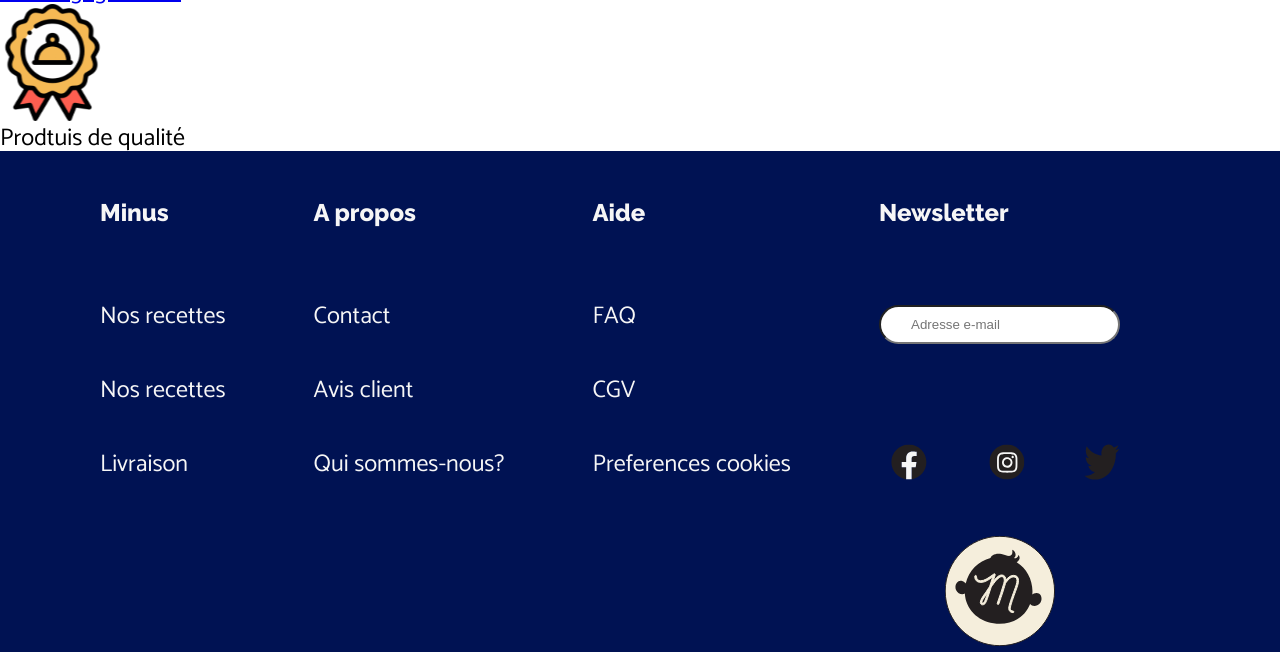
Repository: minus-team7/minus_team7
Page: minus_homepage.html
The author's editor kept a copy of each file at every save. The page is drawn from the files as they stood at one save, then again after the next save.
The browser window is 1280 px wide. The pictures show the part of the page from y = 326 to 1002 px (the page is 978 px tall before and 1002 px after).
A picture or video elsewhere on the page could not be fetched, so the positions and the page height are approximate.

Above is the page before, as saved 2023-02-12 22:10:02.

### minus_homepage.html
<!DOCTYPE html>
<html lang="en">
<head>
    <meta charset="UTF-8">
    <meta http-equiv="X-UA-Compatible" content="IE=edge">
    <meta name="viewport" content="width=device-width, initial-scale=1.0">
    <link rel="preconnect" href="https://fonts.googleapis.com">
    <link rel="preconnect" href="https://fonts.gstatic.com" crossorigin>
    <link href="https://fonts.googleapis.com/css2?family=Catamaran:wght@100;200;300;400;500;700&family=Raleway:ital,wght@0,100;0,400;0,600;0,800;1,100&display=swap" rel="stylesheet">
    <link rel="stylesheet" href="reset.css">
    <link rel="stylesheet" href="minus_homepage.css">
    <title>Document</title>

</head>
<body>

    <div class="box">
        <img src="/assets/homepage_boxminus.svg" alt="homepage_boxminus">
    </div>

    <div class="bouton">
        <a href="#">Nos engagements</a>
    </div>
    <section class="nos-engagements">
        <div class="engagement">
            <img src="/assets/engagement_icone_qualite_produits.svg" alt="engagement_icone_qualite_produits">
            <h2>Prodtuis de qualité</h2>
            <p></p>
        </div>






    </section>

    <!-- footer  -->
    <div class="footer">
        <ul>
            <li class="titre-footer">Minus</li>
            <li><a href="#"> Nos recettes</a></li>
            <li><a href="#"> Nos recettes</a></li>
            <li><a href="#"> Livraison</a></li>
        </ul>
        <ul>
            <li class="titre-footer">A propos</li>
            <li><a href="#"> Contact</a></li>
            <li><a href="#"> Avis client</a></li>
            <li><a href="#"> Qui sommes-nous?</a></li>
        </ul>
        <ul>
            <li class="titre-footer">Aide</li>
            <li><a href="#"> FAQ</a></li>
            <li><a href="#"> CGV</a></li>
            <li><a href="#"> Preferences cookies</a></li>
        </ul>
        <ul>
            <li class="titre-footer">Newsletter</li>
            <li>
                <input class="newsletter" type="text" placeholder="Adresse e-mail">
            </li>
            <li>
                <ul class="reseaux-sociaux">
                    <li><a href="#"><img src="/assets/logo_facebook.svg" alt="fb"></a></li>
                    <li><a href="#"><img src="/assets/logo_instagram.svg" alt="insta"></a></li>
                    <li><a href="#"><img src="/assets/logo_twitter.svg" alt="twitter"></a></li>
                </ul>
            </li>
            <li class="logo-minus-footer"><a href="#"> <img src="/assets/Logo_minus_rondtête.svg" alt="logo-minus-footer"></a></li>

        </ul>


    </div>
</body>
</html>

### minus_homepage.css
/* footerr */
body{
    font-family: 'catamaran',sans-serif;
    font-size: 24px;


}

.footer{

    display: flex;
    flex-direction: row;
    justify-content: space-between;
    background-color:  #001253;
    color: #f6f6f6;
    padding: 0 100px;
    flex-wrap: wrap;
}

.footer ul{
    list-style-type: none;
    margin-right: 60px;

}

.footer ul li{
    margin-top: 50px;
}
.footer a{
    text-decoration: none;
    color: #f6f6f6;
}
.footer a:hover{
    text-decoration:underline;
    color: #E14D2A;
}
.titre-footer{
    font-weight: bold;
    margin-bottom: 80px;
    font-family: 'raleway',sans-serif;

}
.newsletter{
    padding: 10px 30px;
    border-radius: 20px
}
.reseaux-sociaux{
    width: 100%;
    display: flex;
    flex-direction: row;
    justify-content: space-between;
}
.logo-minus-footer{
    display: flex;
    justify-content: center;
}

Loaded but not shown: reset.css (common file)

After the next save:
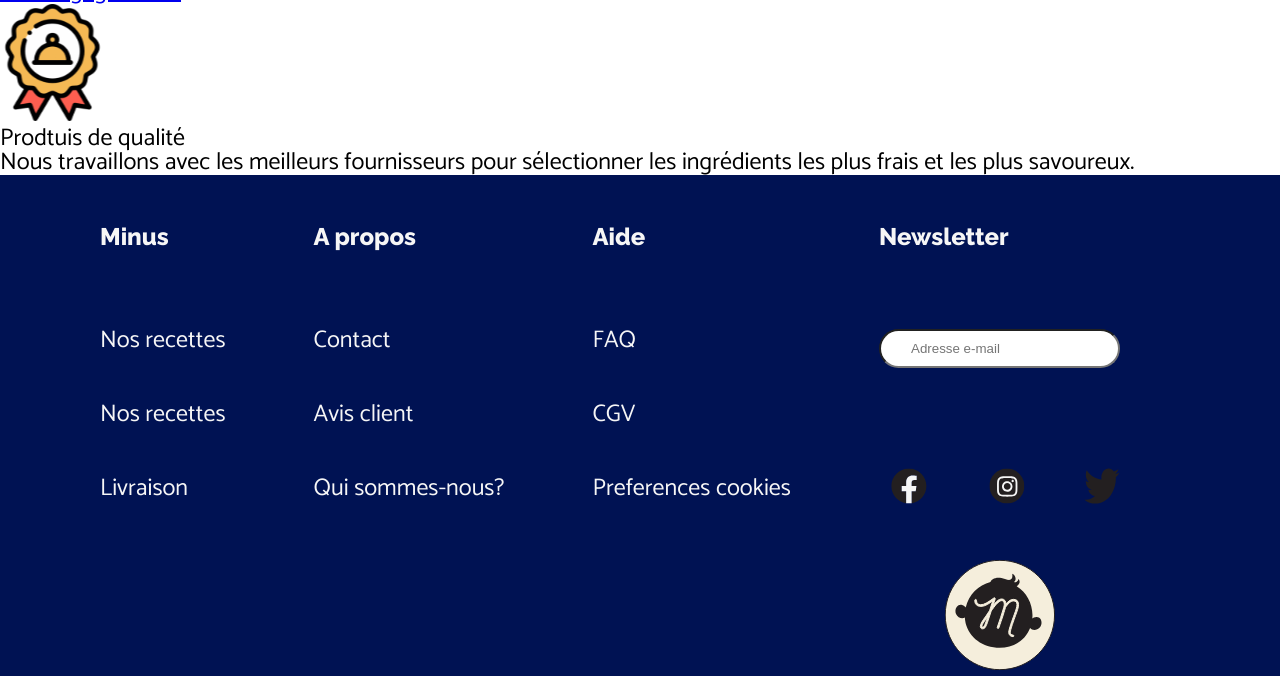
Saved 2 min 9 s later.
--- a/minus_homepage.html
+++ b/minus_homepage.html
@@ -25,7 +25,7 @@
         <div class="engagement">
             <img src="/assets/engagement_icone_qualite_produits.svg" alt="engagement_icone_qualite_produits">
             <h2>Prodtuis de qualité</h2>
-            <p></p>
+            <p>Nous travaillons avec les meilleurs fournisseurs pour sélectionner les ingrédients les plus frais et les plus savoureux.</p>
         </div>
 
 
